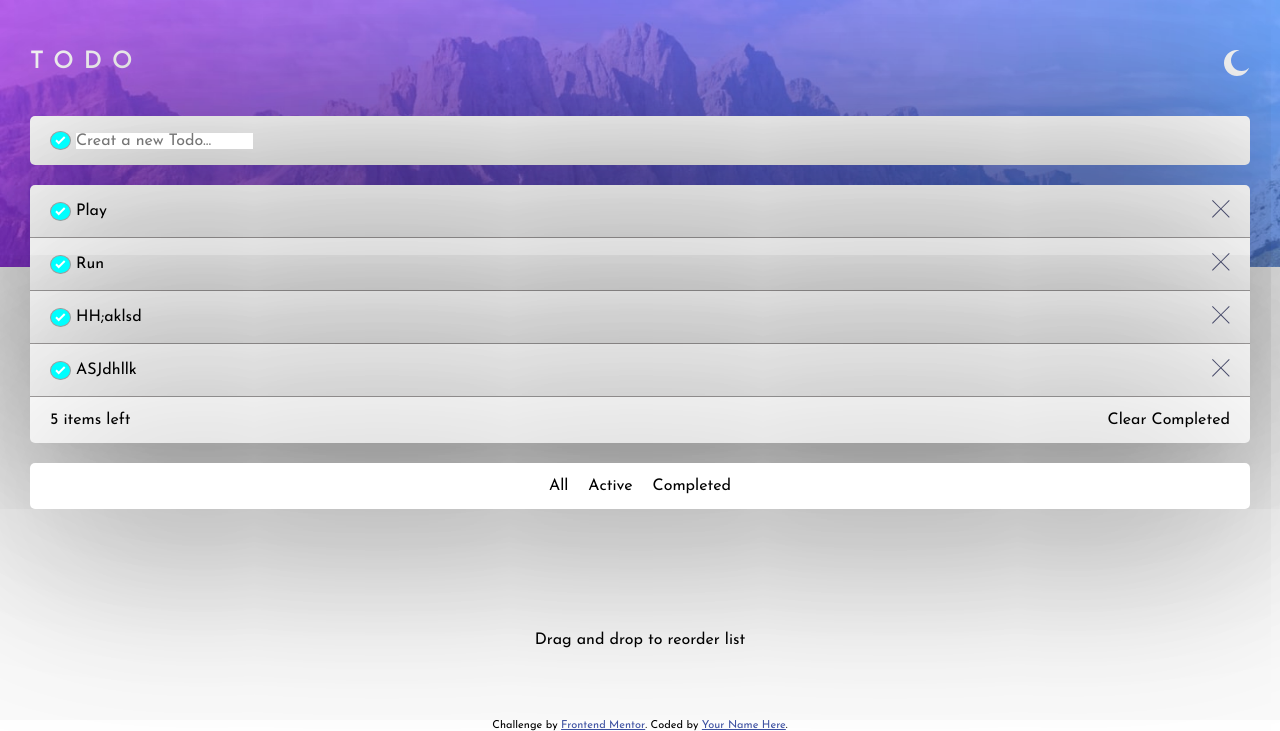
Repository: Baraajad231/Todo-app
Page: /
These files come from the project's save history. The page is drawn as it stood at one moment and after the next save; the edit follows.
The browser window is 1280 px wide. The pictures show the whole page.
The project was rebuilt for these pictures with package versions that can differ from the ones it lists, and the page was loaded fresh each time. Also part of the build but not shown: vite.config.js.

Above is the page before, as saved 2025-12-28 02:07:47.

### index.html
<!DOCTYPE html>
<html lang="en">
  <head>
    <meta charset="UTF-8" />
    <meta name="viewport" content="width=device-width, initial-scale=1.0" />
    <!-- displays site properly based on user's device -->

    <link
      rel="icon"
      type="image/png"
      sizes="32x32"
      href="./images/favicon-32x32.png"
    />

    <title>Frontend Mentor | Todo app</title>

    <!-- Feel free to remove these styles or customise in your own stylesheet 👍 -->
    <style>
      .attribution {
        font-size: 11px;
        text-align: center;
      }
      .attribution a {
        color: hsl(228, 45%, 44%);
      }
    </style>

    <link rel="preconnect" href="https://fonts.googleapis.com" />
    <link rel="preconnect" href="https://fonts.gstatic.com" crossorigin />
    <link
      href="https://fonts.googleapis.com/css2?family=Josefin+Sans:ital,wght@0,100..700;1,100..700&display=swap"
      rel="stylesheet"
    />

    <link rel="stylesheet" href="./styles/style.scss" />
  </head>
  <body>
    <div class="container">
      <picture class="background-Wrapper">
        <source
          media="(min-width:465px)"
          srcset="images/bg-desktop-light.jpg"
        />
        <img
          src="images/bg-mobile-light.jpg"
          alt="bg-mobile-light"
          class="background background-light"
        />
      </picture>

      <div class="todo">
        <div class="todo__header">
          <h1 class="todo__title">TODO</h1>
          <img src="images/icon-moon.svg" alt="moon icon" class="todo__theme" />
        </div>
        <ul class="todo__list">
          <li class="todo__list__row todo__list__row-input">
            <span class="checkbox">
              <img
                src="./images/icon-check.svg"
                alt="check"
                class="checkbox__icon"
              />
            </span>
            <input
              type="text"
              placeholder="Creat a new Todo..."
              class="todo__list__input"
            />
          </li>

          <li class="todo__list__row">
            <span class="checkbox">
              <img
                src="./images/icon-check.svg"
                alt="check"
                class="checkbox__icon"
              />
            </span>
            <span class="todo__list__task">Play</span>
            <span class="remove-btn">
              <img src="./images/icon-cross.svg" alt="" class="remove-icon"
            /></span>
          </li>
          <li class="todo__list__row">
            <span class="checkbox">
              <img
                src="./images/icon-check.svg"
                alt="check"
                class="checkbox__icon"
              />
            </span>
            <span class="todo__list__task">Run</span>
            <span class="remove-btn">
              <img src="./images/icon-cross.svg" alt="" class="remove-icon"
            /></span>
          </li>
          <li class="todo__list__row">
            <span class="checkbox">
              <img
                src="./images/icon-check.svg"
                alt="check"
                class="checkbox__icon"
              />
            </span>
            <span class="todo__list__task">HH;aklsd</span>
            <span class="remove-btn">
              <img src="./images/icon-cross.svg" alt="" class="remove-icon"
            /></span>
          </li>
          <li class="todo__list__row">
            <span class="checkbox">
              <img
                src="./images/icon-check.svg"
                alt="check"
                class="checkbox__icon"
              />
            </span>
            <span class="todo__list__task">ASJdhllk</span>
            <span class="remove-btn">
              <img src="./images/icon-cross.svg" alt="" class="remove-icon"
            /></span>
          </li>
          <li class="todo__list__row todo__list__row--meta">
            <div class="todo__items-left">
              <span class="todo__items-count">5</span>
              <span class="todo__items-text">items left</span>
            </div>

            <button class="todo__list-clear button">Clear Completed</button>
          </li>

          <li class="todo__list__row todo__list__row--filter">
            <button class="todo__list-all">All</button>
            <button class="todo__list-active">Active</button>
            <button class="todo__list-completed">Completed</button>
          </li>
        </ul>
      </div>
    </div>
    <p class="note">Drag and drop to reorder list</p>

    <div class="attribution">
      Challenge by
      <a href="https://www.frontendmentor.io?ref=challenge" target="_blank"
        >Frontend Mentor</a
      >. Coded by <a href="#">Your Name Here</a>.
    </div>
  </body>
</html>

### styles/style.scss
/*variables*/
:root {
  /* ===== Brand / Primary ===== */
  --color-primary: hsl(220, 98%, 61%);
  --gradient-check: linear-gradient(hsl(192, 100%, 67%), hsl(280, 87%, 65%));

  /* ===== Typography ===== */
  --font-family-base: "Josefin Sans", sans-serif;
  --font-size-base: 18px;
  --font-weight-regular: 400;
  --font-weight-bold: 700;
  // }

  // :root[data-theme="light"] {
  --color-bg: hsl(0, 0%, 98%);
  --color-surface: #ffffff;

  --color-text-primary: hsl(235, 19%, 35%);
  --color-text-secondary: hsl(236, 9%, 61%);

  --color-border: hsl(233, 11%, 84%);
  --color-muted: hsl(234, 39%, 85%);
  // }

  // :root[data-theme="dark"] {
  // --color-bg: hsl(235, 21%, 11%);
  // --color-surface: hsl(235, 24%, 19%);

  // --color-text-primary: hsl(234, 39%, 85%);
  // --color-text-secondary: hsl(236, 9%, 61%);

  // --color-border: hsl(237, 14%, 26%);
  // --color-muted: hsl(233, 14%, 35%);
}

/* Reset */
* {
  margin: 0;
  padding: 0;
  font: inherit;
}

*,
*::after,
*::before {
  box-sizing: border-box;
}

a {
  color: inherit;
  display: inline-block;
}

button,
[type="submit"] {
  background-color: transparent;
  border: none;
  cursor: pointer;
}

ul,
ol {
  list-style: none;
}

html {
  font-size: 62.5%;
}

body {
  font-size: 1.6rem;
  font-family: "Josefin Sans";
  color: black;
}
/* End Reset */

/*container*/
.container {
  position: relative;
  height: 100vh;
  background-color: var(--color-bg);
}
.background {
  width: 100vw;
}

.todo {
  display: flex;
  flex-direction: column;
  gap: 4rem;
  position: absolute;
  top: 0;
  width: calc(100% - 6rem);
  margin: 5rem 3rem;

  &__header {
    display: flex;
    justify-content: space-between;
    .todo__title {
      font-size: 2.4rem;
      color: white;
      letter-spacing: 1rem;
      font-weight: 600;
    }
  }

  &__list {
    &__row {
      background-color: white;
      padding: 1.5rem 2rem;
      display: flex;
      align-items: center;

      box-shadow: 0 1rem 20rem 1rem rgba(0, 0, 0, 0.437);

      &:nth-child(2) {
        border-radius: 0.5rem 0.5rem 0 0;
      }

      & .checkbox {
        border: 1px solid rgb(156, 155, 155);
        border-radius: 50%;
        background-color: aqua;
        margin-right: 0.5rem;
        display: flex;
        align-items: center;
        justify-content: center;

        &__icon {
          padding: 0.4rem;
        }
      }

      & .todo__list__task {
        margin-right: auto;
      }
      &-input {
        margin-bottom: 2rem;

        & .todo__list__input {
          border: none;

          &:focus {
            outline: none;
            caret-color: aqua;
          }
        }
      }

      &:not(&-input, &--filter, &--meta) {
        border-bottom: 1px solid rgb(170, 167, 167);
      }

      &--meta {
        display: flex;
        justify-content: space-between;

        border-radius: 0 0 0.5rem 0.5rem;
      }

      &--filter {
        display: flex;
        justify-content: center;
        gap: 2rem;
        margin-top: 2rem;
      }
      &--filter,
      &-input {
        border-radius: 0.5rem;
      }
    }
  }
}

.note {
  position: absolute;
  bottom: 10%;
  left: 50%;
  transform: translateX(-50%);
  width: max-content;
}

After the next save:
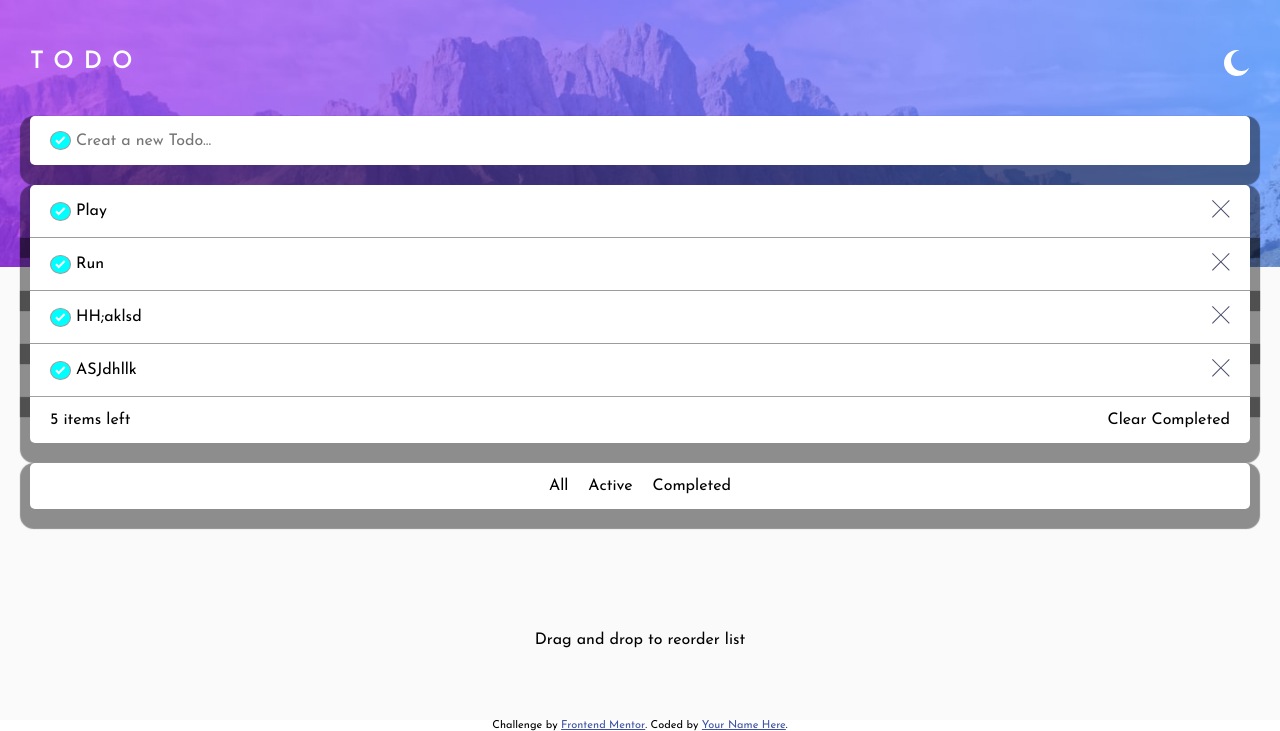
Saved 11 s later.
--- a/styles/style.scss
+++ b/styles/style.scss
@@ -111,7 +111,7 @@ body {
       display: flex;
       align-items: center;
 
-      box-shadow: 0 1rem 20rem 1rem rgba(0, 0, 0, 0.437);
+      box-shadow: 0 1rem 0.1rem 1rem rgba(0, 0, 0, 0.437);
 
       &:nth-child(2) {
         border-radius: 0.5rem 0.5rem 0 0;
